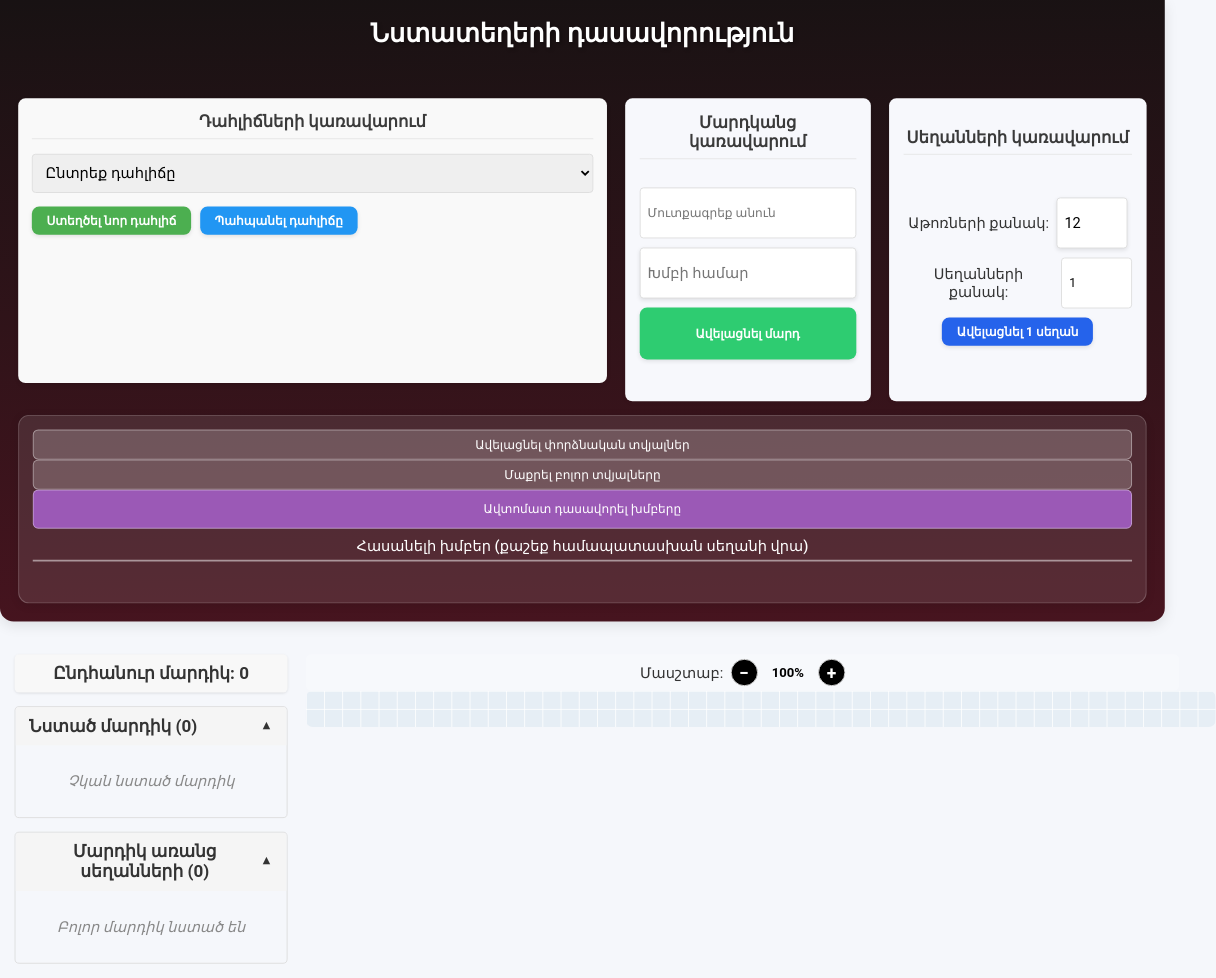
Repository: Vahan-23/Table-V2
Page: /
The author's editor kept a copy of each file at every save. The page is drawn from the files as they stood at one save, then again after the next save.
The browser window is 1280 px wide. The page is 1336 px wide, so the pictures cover 1336 px, including what lies to the right of the window. The pictures show the whole page, at 91% of full size.
The project was rebuilt for these pictures with package versions that can differ from the ones it lists, and the page was loaded fresh each time.

Above is the page before, as saved 2025-03-03 18:05:40.

After the next save:
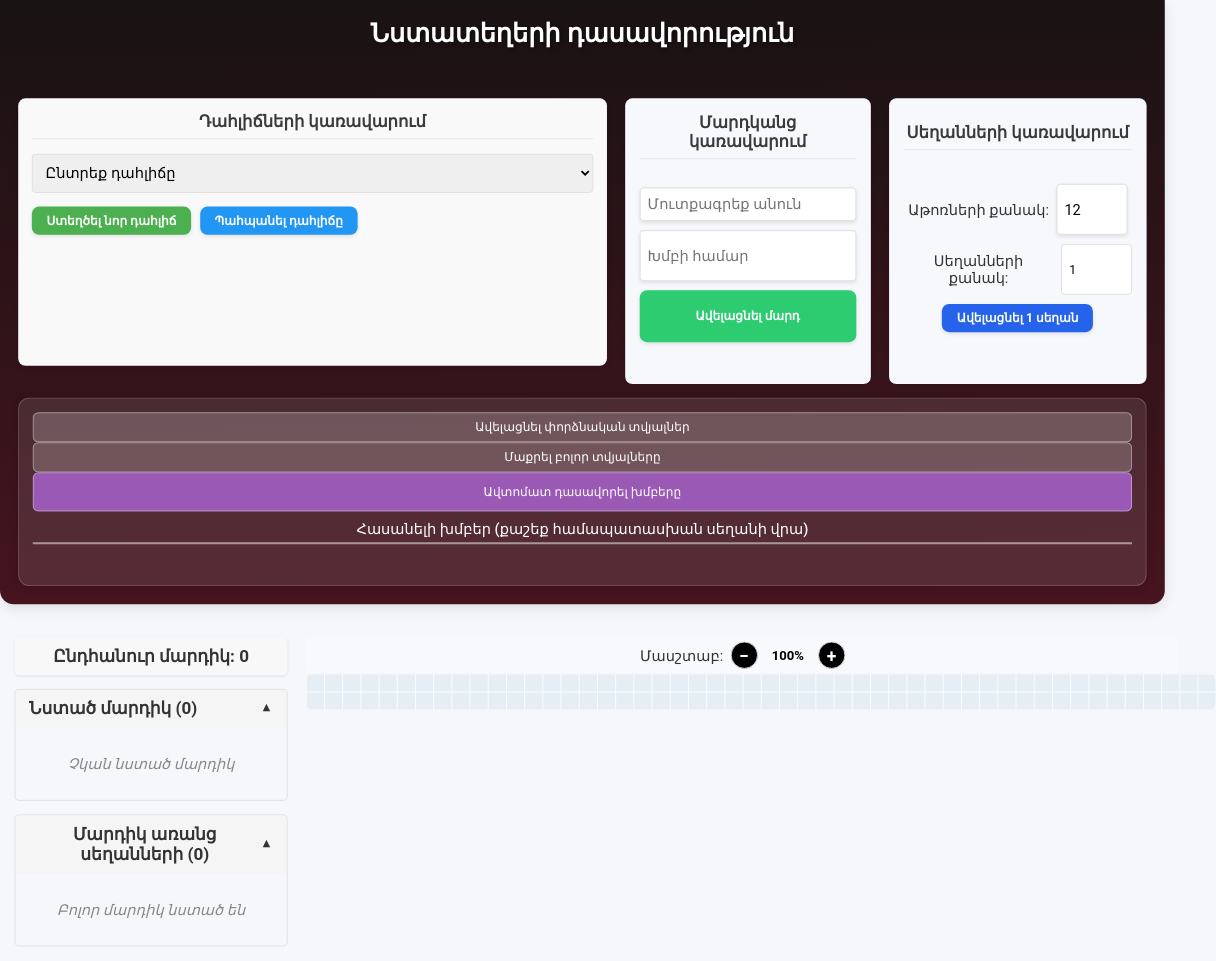
Saved 4 s later.
--- a/src/component/App.css
+++ b/src/component/App.css
@@ -70,6 +70,14 @@ body {
 }
 
 .input-field {
+  flex: 1;
+  padding: 10px 15px;
+  border-radius: 8px;
+  border: none;
+  font-size: 16px;
+  box-shadow: 0 2px 5px rgba(0, 0, 0, 0.1);
+}
+.input-field2{
   flex: 1;
   padding: 10px 15px;
   border-radius: 8px;

After the 2 saves that followed:
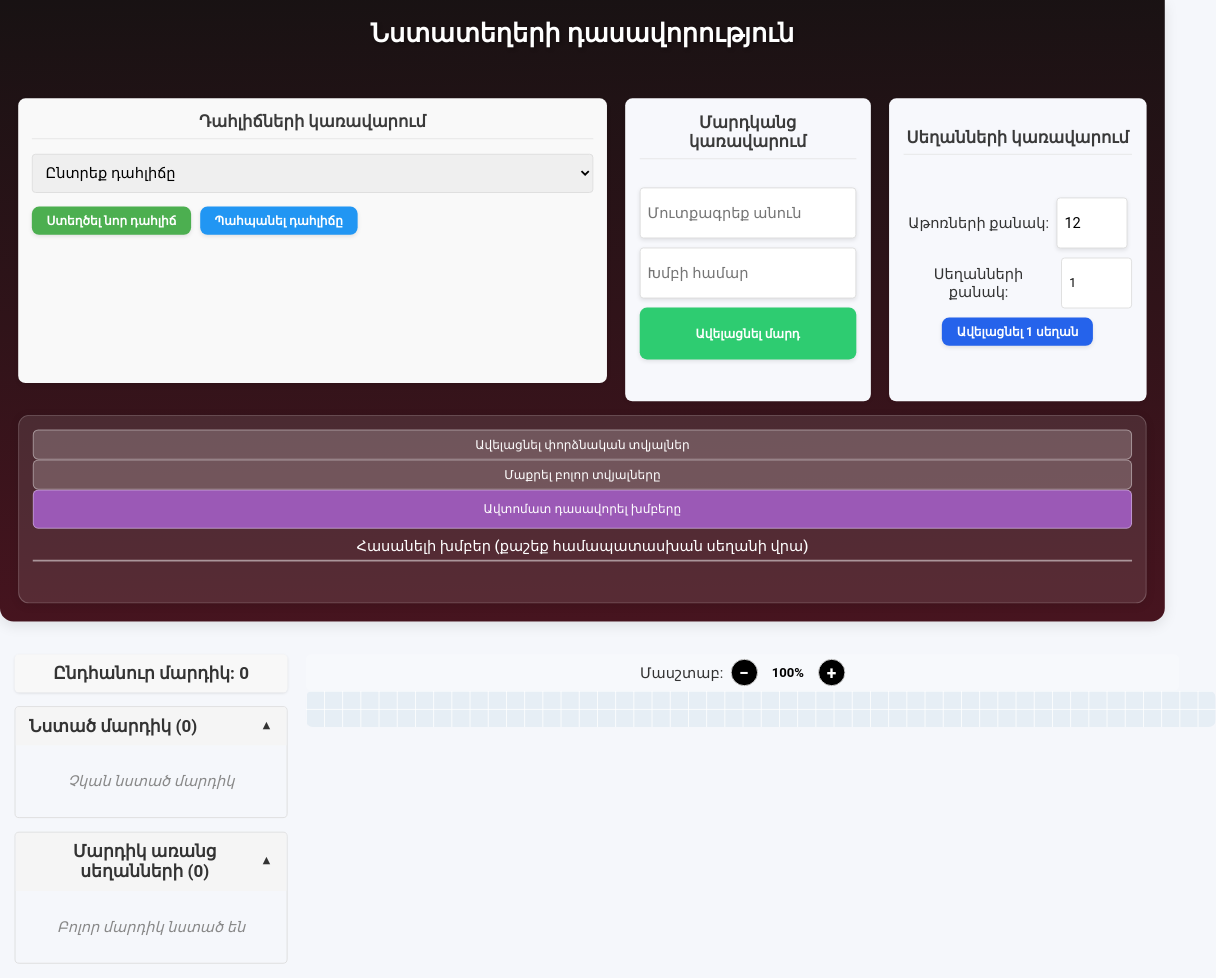
The 2 saves are shown as one change because they came seconds apart.
The last was saved 37 s later.
--- a/src/component/App.css
+++ b/src/component/App.css
@@ -70,7 +70,7 @@ body {
 }
 
 .input-field {
-  flex: 1;
+  /* flex: 1; */
   padding: 10px 15px;
   border-radius: 8px;
   border: none;
@@ -78,7 +78,7 @@ body {
   box-shadow: 0 2px 5px rgba(0, 0, 0, 0.1);
 }
 .input-field2{
-  flex: 1;
+  /* flex: 1; */
   padding: 10px 15px;
   border-radius: 8px;
   border: none;
